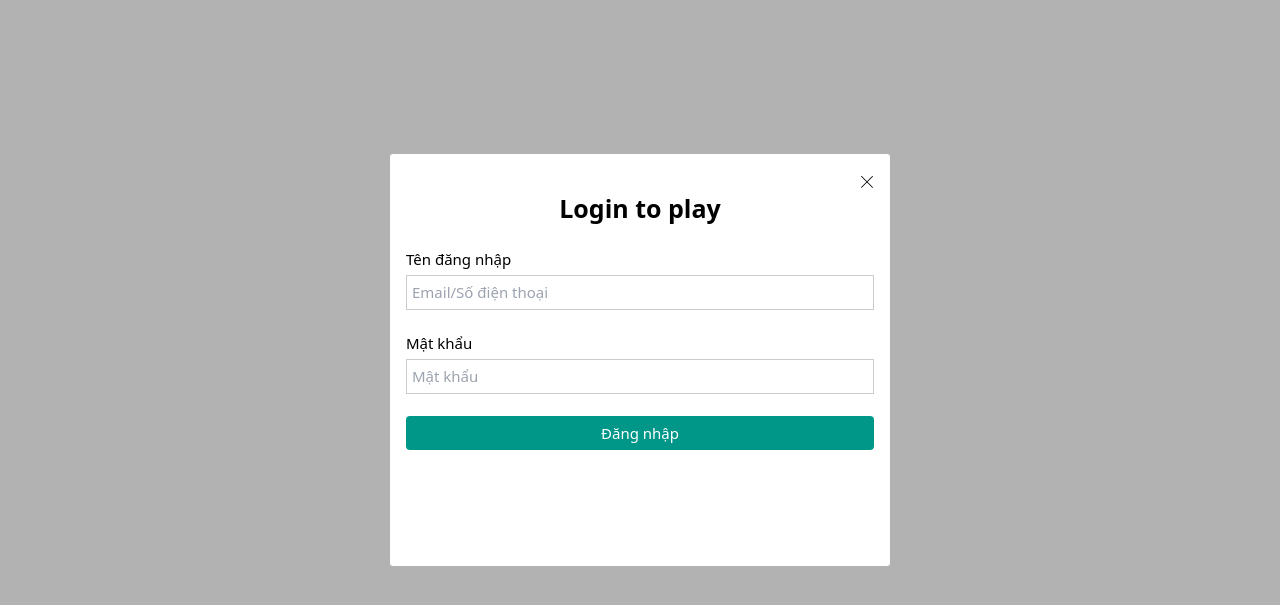
Repository: Teddy1705/demo_pj
Page: /
The author's editor kept a copy of each file at every save. The page is drawn from the files as they stood at one save, then again after the next save.
The browser window is 1280 px wide. The pictures show the whole page.
The project was rebuilt for these pictures with package versions that can differ from the ones it lists, and the page was loaded fresh each time. Also part of the build but not shown: vite.config.js.

Above is the page before, as saved 2024-04-16 10:29:46.

### index.html
<!DOCTYPE html>
<html lang="en">
  <head>
    <meta charset="UTF-8" />
    <link rel="icon" type="image/svg+xml" href="/vite.svg" />
    <meta name="viewport" content="width=device-width, initial-scale=1.0" />
    <title>Tic Tac Toe</title>
    <link rel="stylesheet" href="./src/index.css" />
    <link
      rel="stylesheet"
      href="./src/assets/themify-icons/themify-icons.css"
    />
  </head>
  <body>
    <div id="root"></div>
    <script type="module" src="/src/main.jsx"></script>
  </body>
</html>

### src/index.css
:root {
  --white-color: #fff;
  --black-color: #000;
}

/*
1. Prevent padding and border from affecting element width. (https://github.com/mozdevs/cssremedy/issues/4)
2. Allow adding a border to an element by just adding a border-width. (https://github.com/tailwindcss/tailwindcss/pull/116)
*/

*,
::before,
::after {
  box-sizing: border-box;
  /* 1 */
  border-width: 0;
  /* 2 */
  border-style: solid;
  /* 2 */
  border-color: #e5e7eb;
  /* 2 */
}

::before,
::after {
  --tw-content: "";
}

/*
1. Use a consistent sensible line-height in all browsers.
2. Prevent adjustments of font size after orientation changes in iOS.
3. Use a more readable tab size.
4. Use the user's configured `sans` font-family by default.
5. Use the user's configured `sans` font-feature-settings by default.
6. Use the user's configured `sans` font-variation-settings by default.
7. Disable tap highlights on iOS
*/

html,
:host {
  line-height: 1.5;
  /* 1 */
  -webkit-text-size-adjust: 100%;
  /* 2 */
  -moz-tab-size: 4;
  /* 3 */
  -o-tab-size: 4;
  tab-size: 4;
  /* 3 */
  font-family: ui-sans-serif, system-ui, sans-serif, "Apple Color Emoji",
    "Segoe UI Emoji", "Segoe UI Symbol", "Noto Color Emoji";
  /* 4 */
  font-feature-settings: normal;
  /* 5 */
  font-variation-settings: normal;
  /* 6 */
  -webkit-tap-highlight-color: transparent;
  /* 7 */
}

/*
1. Remove the margin in all browsers.
2. Inherit line-height from `html` so users can set them as a class directly on the `html` element.
*/

body {
  margin: 0;
  /* 1 */
  line-height: inherit;
  /* 2 */
}

/*
1. Add the correct height in Firefox.
2. Correct the inheritance of border color in Firefox. (https://bugzilla.mozilla.org/show_bug.cgi?id=190655)
3. Ensure horizontal rules are visible by default.
*/

hr {
  height: 0;
  /* 1 */
  color: inherit;
  /* 2 */
  border-top-width: 1px;
  /* 3 */
}

/*
Add the correct text decoration in Chrome, Edge, and Safari.
*/

abbr:where([title]) {
  -webkit-text-decoration: underline dotted;
  text-decoration: underline dotted;
}

/*
Remove the default font size and weight for headings.
*/

h1,
h2,
h3,
h4,
h5,
h6 {
  font-size: inherit;
  font-weight: inherit;
}

/*
Reset links to optimize for opt-in styling instead of opt-out.
*/

a {
  color: inherit;
  text-decoration: inherit;
}

/*
Add the correct font weight in Edge and Safari.
*/

b,
strong {
  font-weight: bolder;
}

/*
1. Use the user's configured `mono` font-family by default.
2. Use the user's configured `mono` font-feature-settings by default.
3. Use the user's configured `mono` font-variation-settings by default.
4. Correct the odd `em` font sizing in all browsers.
*/

code,
kbd,
samp,
pre {
  font-family: ui-monospace, SFMono-Regular, Menlo, Monaco, Consolas,
    "Liberation Mono", "Courier New", monospace;
  /* 1 */
  font-feature-settings: normal;
  /* 2 */
  font-variation-settings: normal;
  /* 3 */
  font-size: 1em;
  /* 4 */
}

/*
Add the correct font size in all browsers.
*/

small {
  font-size: 80%;
}

/*
Prevent `sub` and `sup` elements from affecting the line height in all browsers.
*/

sub,
sup {
  font-size: 75%;
  line-height: 0;
  position: relative;
  vertical-align: baseline;
}

sub {
  bottom: -0.25em;
}

sup {
  top: -0.5em;
}

/*
1. Remove text indentation from table contents in Chrome and Safari. (https://bugs.chromium.org/p/chromium/issues/detail?id=999088, https://bugs.webkit.org/show_bug.cgi?id=201297)
2. Correct table border color inheritance in all Chrome and Safari. (https://bugs.chromium.org/p/chromium/issues/detail?id=935729, https://bugs.webkit.org/show_bug.cgi?id=195016)
3. Remove gaps between table borders by default.
*/

table {
  text-indent: 0;
  /* 1 */
  border-color: inherit;
  /* 2 */
  border-collapse: collapse;
  /* 3 */
}

/*
1. Change the font styles in all browsers.
2. Remove the margin in Firefox and Safari.
3. Remove default padding in all browsers.
*/

button,
input,
optgroup,
select,
textarea {
  font-family: inherit;
  /* 1 */
  font-feature-settings: inherit;
  /* 1 */
  font-variation-settings: inherit;
  /* 1 */
  font-size: 100%;
  /* 1 */
  font-weight: inherit;
  /* 1 */
  line-height: inherit;
  /* 1 */
  letter-spacing: inherit;
  /* 1 */
  color: inherit;
  /* 1 */
  margin: 0;
  /* 2 */
  padding: 0;
  /* 3 */
}

/*
Remove the inheritance of text transform in Edge and Firefox.
*/

button,
select {
  text-transform: none;
}

/*
1. Correct the inability to style clickable types in iOS and Safari.
2. Remove default button styles.
*/

button,
input:where([type="button"]),
input:where([type="reset"]),
input:where([type="submit"]) {
  -webkit-appearance: button;
  /* 1 */
  background-color: transparent;
  /* 2 */
  background-image: none;
  /* 2 */
}

/*
Use the modern Firefox focus style for all focusable elements.
*/

:-moz-focusring {
  outline: auto;
}

/*
Remove the additional `:invalid` styles in Firefox. (https://github.com/mozilla/gecko-dev/blob/2f9eacd9d3d995c937b4251a5557d95d494c9be1/layout/style/res/forms.css#L728-L737)
*/

:-moz-ui-invalid {
  box-shadow: none;
}

/*
Add the correct vertical alignment in Chrome and Firefox.
*/

progress {
  vertical-align: baseline;
}

/*
Correct the cursor style of increment and decrement buttons in Safari.
*/

::-webkit-inner-spin-button,
::-webkit-outer-spin-button {
  height: auto;
}

/*
1. Correct the odd appearance in Chrome and Safari.
2. Correct the outline style in Safari.
*/

[type="search"] {
  -webkit-appearance: textfield;
  /* 1 */
  outline-offset: -2px;
  /* 2 */
}

/*
Remove the inner padding in Chrome and Safari on macOS.
*/

::-webkit-search-decoration {
  -webkit-appearance: none;
}

/*
1. Correct the inability to style clickable types in iOS and Safari.
2. Change font properties to `inherit` in Safari.
*/

::-webkit-file-upload-button {
  -webkit-appearance: button;
  /* 1 */
  font: inherit;
  /* 2 */
}

/*
Add the correct display in Chrome and Safari.
*/

summary {
  display: list-item;
}

/*
Removes the default spacing and border for appropriate elements.
*/

blockquote,
dl,
dd,
h1,
h2,
h3,
h4,
h5,
h6,
hr,
figure,
p,
pre {
  margin: 0;
}

fieldset {
  margin: 0;
  padding: 0;
}

legend {
  padding: 0;
}

ol,
ul,
menu {
  list-style: none;
  margin: 0;
  padding: 0;
}

/*
Reset default styling for dialogs.
*/

dialog {
  padding: 0;
}

/*
Prevent resizing textareas horizontally by default.
*/

textarea {
  resize: vertical;
}

/*
1. Reset the default placeholder opacity in Firefox. (https://github.com/tailwindlabs/tailwindcss/issues/3300)
2. Set the default placeholder color to the user's configured gray 400 color.
*/

input::-moz-placeholder,
textarea::-moz-placeholder {
  opacity: 1;
  /* 1 */
  color: #9ca3af;
  /* 2 */
}

input::placeholder,
textarea::placeholder {
  opacity: 1;
  /* 1 */
  color: #9ca3af;
  /* 2 */
}

/*
Set the default cursor for buttons.
*/

button,
[role="button"] {
  cursor: pointer;
}

/*
Make sure disabled buttons don't get the pointer cursor.
*/

:disabled {
  cursor: default;
}

/*
1. Make replaced elements `display: block` by default. (https://github.com/mozdevs/cssremedy/issues/14)
2. Add `vertical-align: middle` to align replaced elements more sensibly by default. (https://github.com/jensimmons/cssremedy/issues/14#issuecomment-634934210)
   This can trigger a poorly considered lint error in some tools but is included by design.
*/

img,
svg,
video,
canvas,
audio,
iframe,
embed,
object {
  display: block;
  /* 1 */
  vertical-align: middle;
  /* 2 */
}

/*
Constrain images and videos to the parent width and preserve their intrinsic aspect ratio. (https://github.com/mozdevs/cssremedy/issues/14)
*/

img,
video {
  max-width: 100%;
  height: auto;
}

/* Make elements with the HTML hidden attribute stay hidden by default */

[hidden] {
  display: none;
}

*,
::before,
::after {
  --tw-border-spacing-x: 0;
  --tw-border-spacing-y: 0;
  --tw-translate-x: 0;
  --tw-translate-y: 0;
  --tw-rotate: 0;
  --tw-skew-x: 0;
  --tw-skew-y: 0;
  --tw-scale-x: 1;
  --tw-scale-y: 1;
  --tw-pan-x: ;
  --tw-pan-y: ;
  --tw-pinch-zoom: ;
  --tw-scroll-snap-strictness: proximity;
  --tw-gradient-from-position: ;
  --tw-gradient-via-position: ;
  --tw-gradient-to-position: ;
  --tw-ordinal: ;
  --tw-slashed-zero: ;
  --tw-numeric-figure: ;
  --tw-numeric-spacing: ;
  --tw-numeric-fraction: ;
  --tw-ring-inset: ;
  --tw-ring-offset-width: 0px;
  --tw-ring-offset-color: #fff;
  --tw-ring-color: rgb(59 130 246 / 0.5);
  --tw-ring-offset-shadow: 0 0 #0000;
  --tw-ring-shadow: 0 0 #0000;
  --tw-shadow: 0 0 #0000;
  --tw-shadow-colored: 0 0 #0000;
  --tw-blur: ;
  --tw-brightness: ;
  --tw-contrast: ;
  --tw-grayscale: ;
  --tw-hue-rotate: ;
  --tw-invert: ;
  --tw-saturate: ;
  --tw-sepia: ;
  --tw-drop-shadow: ;
  --tw-backdrop-blur: ;
  --tw-backdrop-brightness: ;
  --tw-backdrop-contrast: ;
  --tw-backdrop-grayscale: ;
  --tw-backdrop-hue-rotate: ;
  --tw-backdrop-invert: ;
  --tw-backdrop-opacity: ;
  --tw-backdrop-saturate: ;
  --tw-backdrop-sepia: ;
  --tw-contain-size: ;
  --tw-contain-layout: ;
  --tw-contain-paint: ;
  --tw-contain-style: ;
}

::backdrop {
  --tw-border-spacing-x: 0;
  --tw-border-spacing-y: 0;
  --tw-translate-x: 0;
  --tw-translate-y: 0;
  --tw-rotate: 0;
  --tw-skew-x: 0;
  --tw-skew-y: 0;
  --tw-scale-x: 1;
  --tw-scale-y: 1;
  --tw-pan-x: ;
  --tw-pan-y: ;
  --tw-pinch-zoom: ;
  --tw-scroll-snap-strictness: proximity;
  --tw-gradient-from-position: ;
  --tw-gradient-via-position: ;
  --tw-gradient-to-position: ;
  --tw-ordinal: ;
  --tw-slashed-zero: ;
  --tw-numeric-figure: ;
  --tw-numeric-spacing: ;
  --tw-numeric-fraction: ;
  --tw-ring-inset: ;
  --tw-ring-offset-width: 0px;
  --tw-ring-offset-color: #fff;
  --tw-ring-color: rgb(59 130 246 / 0.5);
  --tw-ring-offset-shadow: 0 0 #0000;
  --tw-ring-shadow: 0 0 #0000;
  --tw-shadow: 0 0 #0000;
  --tw-shadow-colored: 0 0 #0000;
  --tw-blur: ;
  --tw-brightness: ;
  --tw-contrast: ;
  --tw-grayscale: ;
  --tw-hue-rotate: ;
  --tw-invert: ;
  --tw-saturate: ;
  --tw-sepia: ;
  --tw-drop-shadow: ;
  --tw-backdrop-blur: ;
  --tw-backdrop-brightness: ;
  --tw-backdrop-contrast: ;
  --tw-backdrop-grayscale: ;
  --tw-backdrop-hue-rotate: ;
  --tw-backdrop-invert: ;
  --tw-backdrop-opacity: ;
  --tw-backdrop-saturate: ;
  --tw-backdrop-sepia: ;
  --tw-contain-size: ;
  --tw-contain-layout: ;
  --tw-contain-paint: ;
  --tw-contain-style: ;
}

#modal {
  position: fixed;
  top: 0;
  right: 0;
  bottom: 0;
  left: 0;
  display: flex;
  align-items: center;
  justify-content: center;
}

#modal .modal__overlay {
  position: absolute;
  width: 100%;
  height: 100%;
  background-color: rgba(0, 0, 0, 0.3);
}

#modal .modal__body {
  position: relative;
  background-color: var(--white-color);
  margin: auto;
  width: 500px;
  min-height: 300px;
  padding: 16px;
  border-radius: 3px;
}

.auth-form {
}

.auth-form__heading {
  font-size: 25px;
  font-weight: 700;
  text-align: center;
  margin: 20px 0;
}

.auth-form__close {
  position: absolute;
  top: 0;
  right: 0;
  font-size: 14px;
  padding: 18px 16px;
}

.auth-form__close:hover {
  background-color: #ccc;
  cursor: pointer;
}

.auth-form__info {
}

.auth-form__info-details {
}

.auth-form__label {
  display: block;
  font-size: 15px;
  font-weight: 500;
}

.auth-form__info-input {
  border: 1px solid #ccc;
  width: 100%;
  font-size: 15px;
  padding: 5px;
  margin: 5px 0 22px;
}

.auth-form__btn {
  width: 100%;
  background-color: #009688;
  color: #fff;
  font-size: 15px;
  padding: 6px;
  border-radius: 4px;
  margin-bottom: 100px;
}

### src/main.jsx
import React from "react";
import ReactDOM from "react-dom/client";
import App from "./App.jsx";
import { createBrowserRouter, RouterProvider } from "react-router-dom";
import Root from "./routes/root";
import "./index.css";

const router = createBrowserRouter([
  {
    path: "/",
    element: <Root />,
  },
]);

ReactDOM.createRoot(document.getElementById("root")).render(
  <React.StrictMode>
    <RouterProvider router={router} />
    <App />
  </React.StrictMode>
);

### src/routes/root.jsx
export default function Root() {
  return (
    <>
      <div id="modal">
        <div className="modal__overlay"></div>
        <div className="modal__body">
          <div className="auth-form">
            <h1 className="auth-form__heading">Login to play</h1>
            <div className="auth-form__close">
              <i className="ti-close"></i>
            </div>
            <div className="auth-form__info">
              <div className="auth-form__info-details">
                <label htmlFor="" className="auth-form__label">
                  Tên đăng nhập
                </label>
                <input
                  type="text"
                  className="auth-form__info-input"
                  placeholder="Email/Số điện thoại"
                />
              </div>
              <div className="auth-form__info-details">
                <label htmlFor="" className="auth-form__label">
                  Mật khẩu
                </label>
                <input
                  type="password"
                  className="auth-form__info-input"
                  placeholder="Mật khẩu"
                />
              </div>
            </div>
            <button className="auth-form__btn">
              <a
                href={`https://codesandbox.io/s/q2z497?file=%2Fsrc%2FApp.js&utm_medium=sandpack`}
                className=""
              >
                Đăng nhập
              </a>
            </button>
          </div>
        </div>
      </div>
      <div id="detail"></div>
    </>
  );
}

Loaded but not shown: src/assets/themify-icons/themify-icons.css (common file); src/App.jsx (common file)

After the next save:
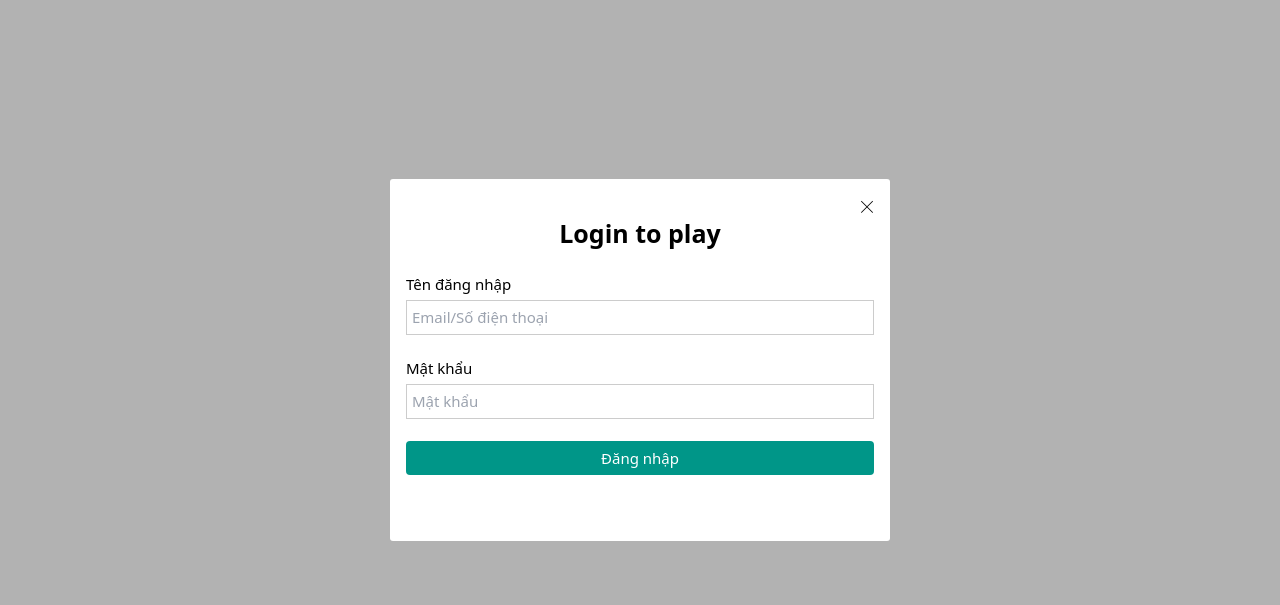
Saved 4 s later.
--- a/src/index.css
+++ b/src/index.css
@@ -638,5 +638,5 @@ video {
   font-size: 15px;
   padding: 6px;
   border-radius: 4px;
-  margin-bottom: 100px;
-}
+  margin-bottom: 50px;
+}
